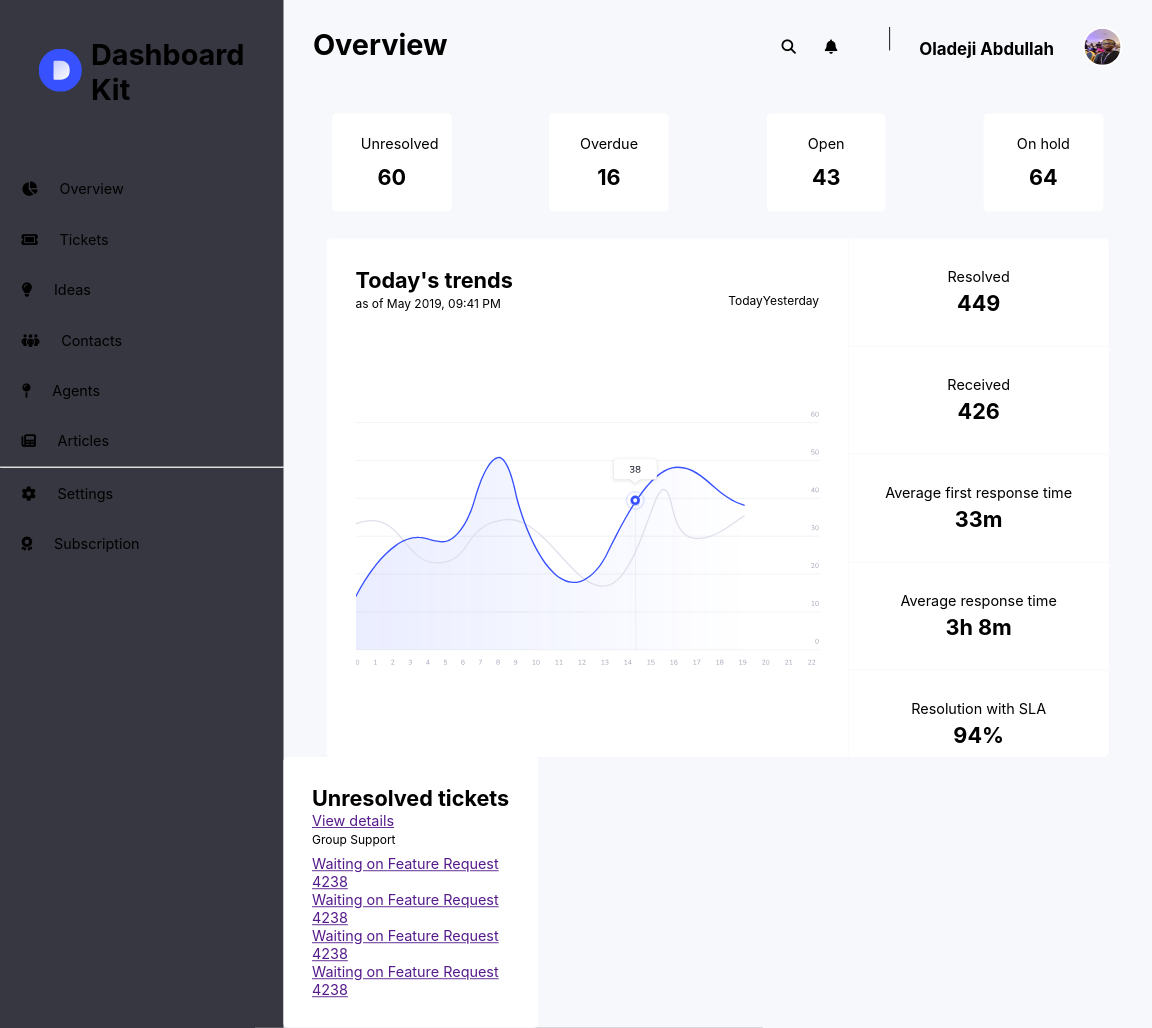
Repository: BuduCE/dashboard
Page: /
The author's editor kept a copy of each file at every save. The page is drawn from the files as they stood at one save, then again after a run of saves.
The browser window is 1280 px wide. The pictures show the whole page, at 90% of full size.
Some web libraries are served in a nearby version. The project was rebuilt for these pictures with package versions that can differ from the ones it lists, and the page was loaded fresh each time.

Above is the page before, as saved 2022-08-04 07:59:36.

After the next 8 saves:
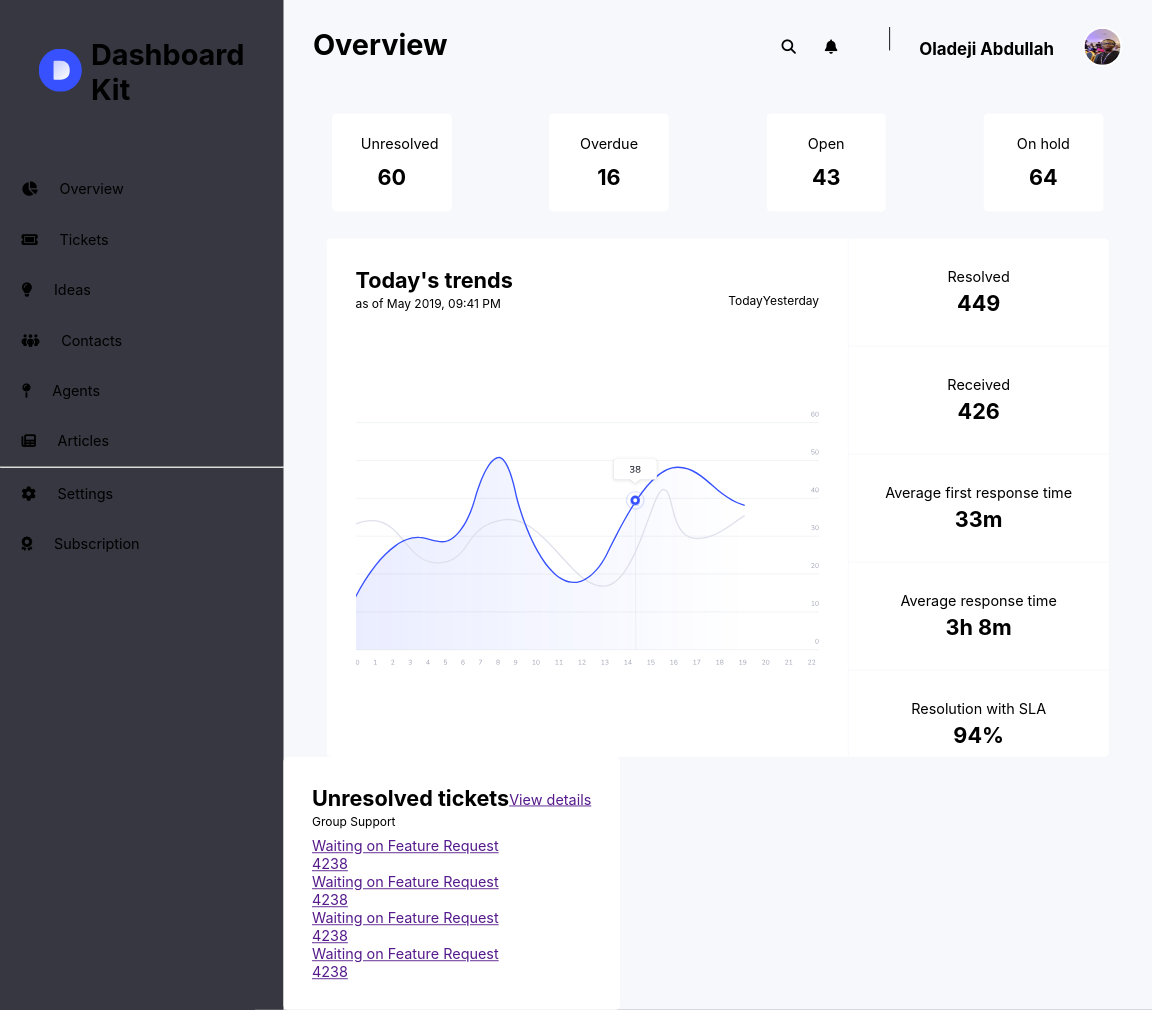
The 8 saves are shown as one change because they came seconds apart.
The last was saved 21 s later.
--- a/src/pages/Overview/styles.css
+++ b/src/pages/Overview/styles.css
@@ -82,5 +82,7 @@
     margin-bottom: 8px;
 }
 .ticket_title{
-
+    display: flex;
+    justify-content: space-between;
+    align-items: center;
 }
